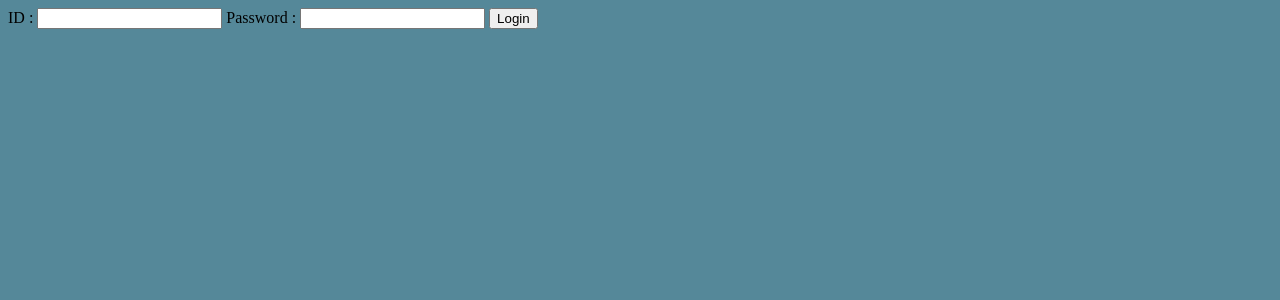
Repository: venkatasanthoshpamuru/Advance_Java_Projects
Page: First_JSP/src/main/webapp/Form.html
The author's editor kept a copy of each file at every save. The page is drawn from the files as they stood at one save, then again after the next save.
The browser window is 1280 px wide. The pictures show the whole page.

Above is the page before, as saved 2024-03-09 06:39:37.

After the next save:
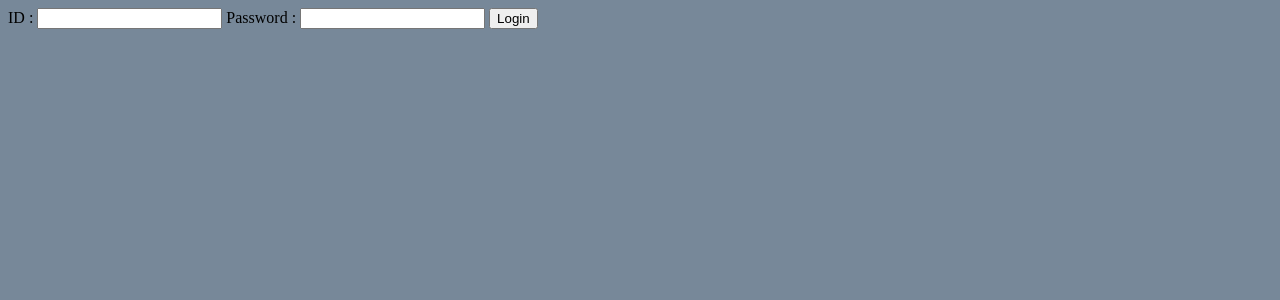
Saved 18 s later.
--- a/First_JSP/src/main/webapp/Form.html
+++ b/First_JSP/src/main/webapp/Form.html
@@ -3,7 +3,7 @@
   <head>
     <title>First JSP</title>
   </head>
-  <body bgcolor="#589">
+  <body bgcolor="#789">
     <form method="post" action="">
      <label>ID : </label>
      <input type="text" name="userid" id="userid" required/>
